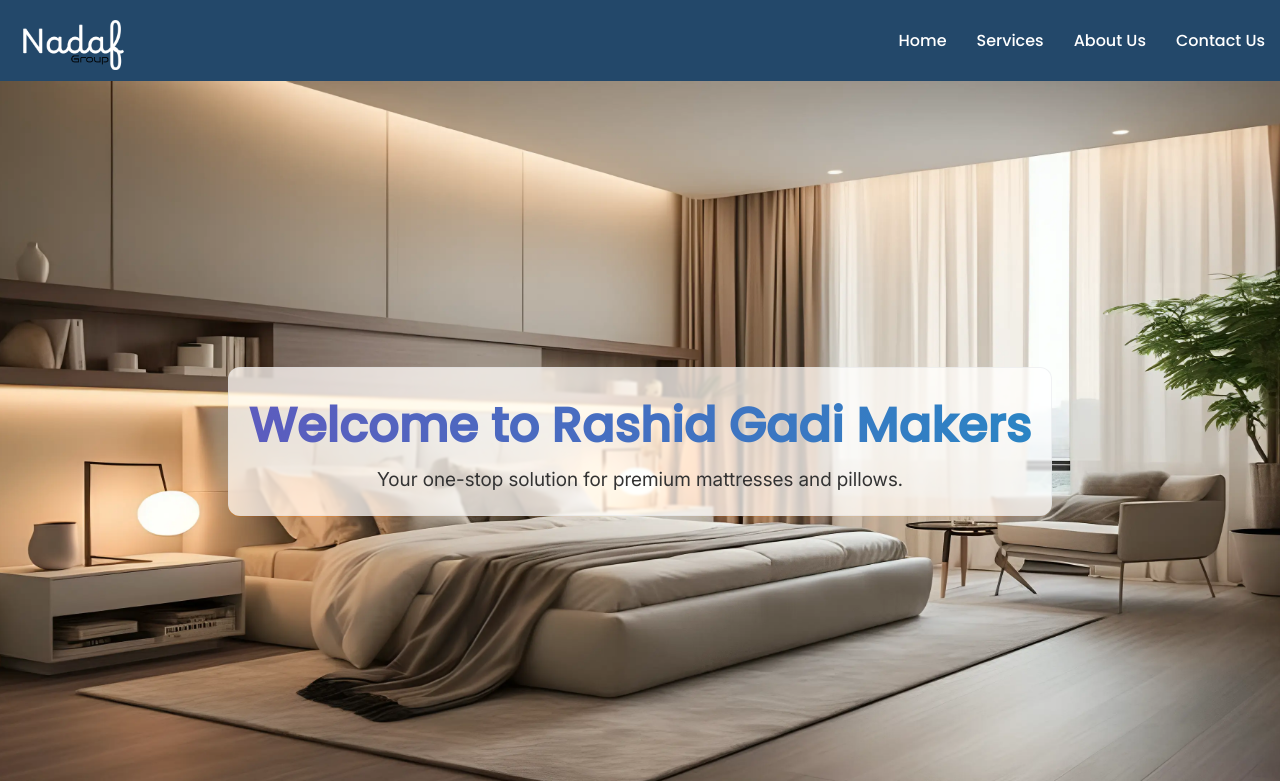
Repository: nadafgroup/rashidgadiUI
Page: src/home.html
These files come from the project's save history. The page is drawn as it stood at one moment and after the next save; the edit follows.
The browser window is 1280 px wide. The pictures show the part of the page from y = 0 to 781 px (the page is 3075 px tall before and 3050 px after).
A picture or video elsewhere on the page could not be fetched, so the positions and the page height are approximate.

Above is the page before, as saved 2025-01-30 17:59:52.
Not found: assets/img/whatsapp-icon.png

After the next save:
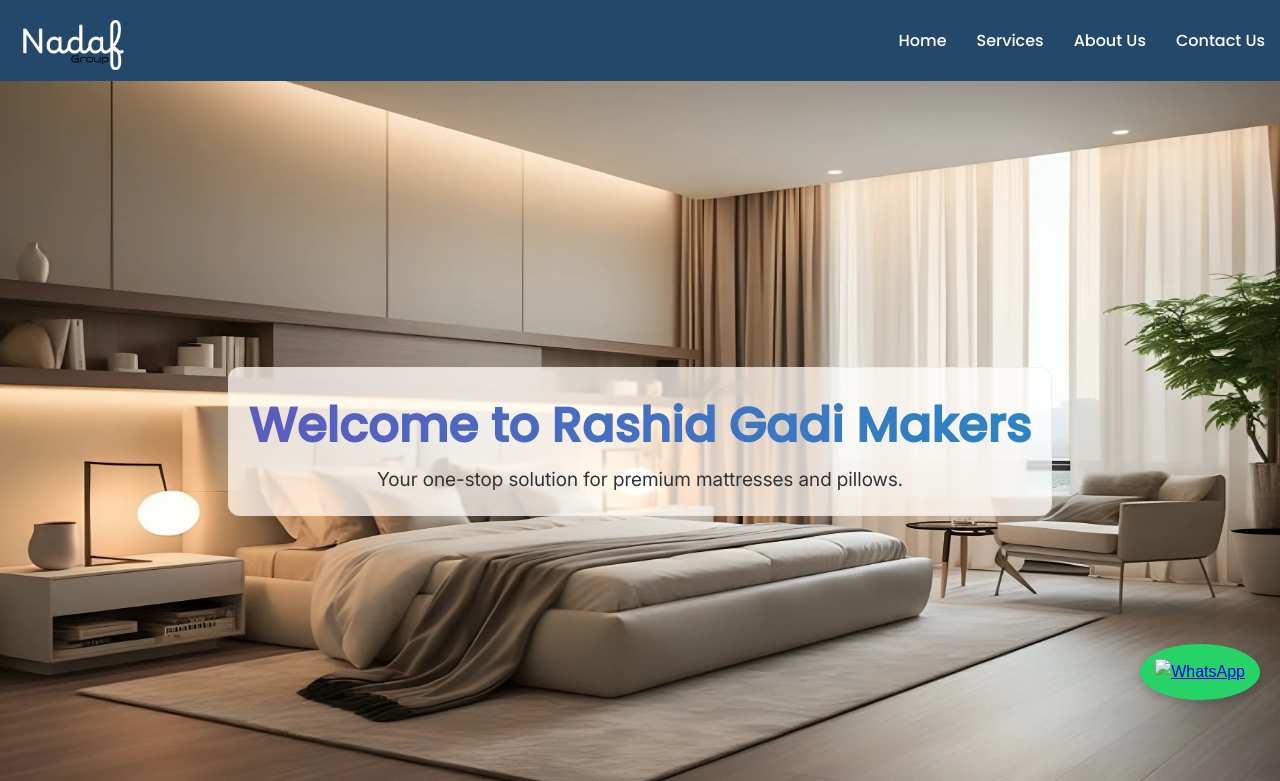
Saved 19 s later.
--- a/src/home.css
+++ b/src/home.css
@@ -637,3 +637,34 @@ body {
         display: flex;
     }
 }
+
+/* WhatsApp Icon */
+.whatsapp-icon {
+    position: fixed;
+    bottom: 20px;
+    right: 20px;
+    background-color: #25D366;
+    border-radius: 50%;
+    padding: 15px;
+    box-shadow: 0 4px 10px rgba(0, 0, 0, 0.2);
+    animation: bounce 2s infinite;
+    z-index: 1000;
+}
+
+.whatsapp-icon img {
+    width: 40px;
+    height: 40px;
+}
+
+/* Bounce Animation */
+@keyframes bounce {
+    0%, 20%, 50%, 80%, 100% {
+        transform: translateY(0);
+    }
+    40% {
+        transform: translateY(-10px);
+    }
+    60% {
+        transform: translateY(-5px);
+    }
+}
